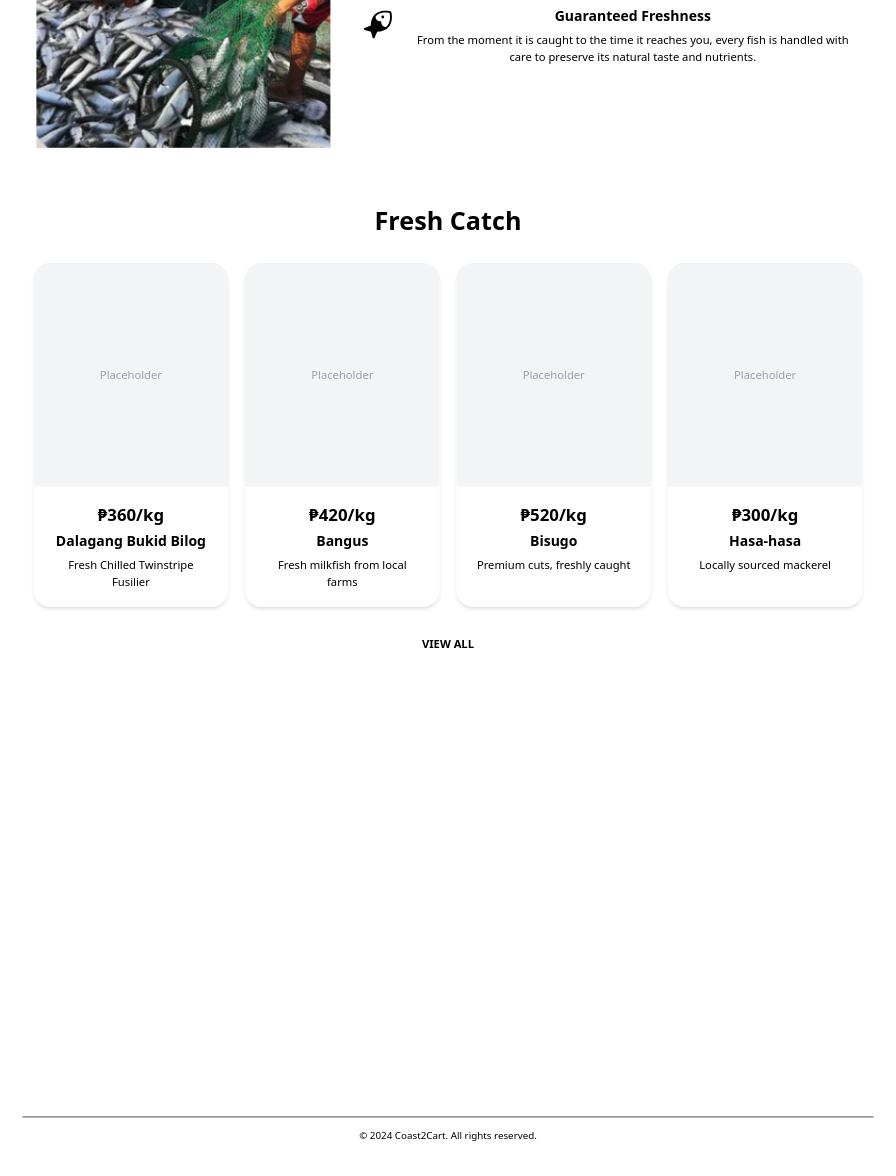
Repository: Coast2Card/coast2cart-frontend
Page: /
These files come from the project's save history. The page is drawn as it stood at one moment and after the next save; the edit follows.
The browser window is 1280 px wide. The pictures show the part of the page from y = 1833 to 3753 px (the page is 3513 px tall before and 3753 px after), at 70% of full size.
The project was rebuilt for these pictures with package versions that can differ from the ones it lists, and the page was loaded fresh each time. Also part of the build but not shown: vite.config.js, src/pages/Seafood.jsx, src/pages/Souvenirs.jsx, src/pages/About.jsx, src/pages/Cart.jsx, src/pages/Profile.jsx, src/pages/Colors.jsx.

Above is the page before, as saved 2025-09-08 14:12:49.

After the next save:
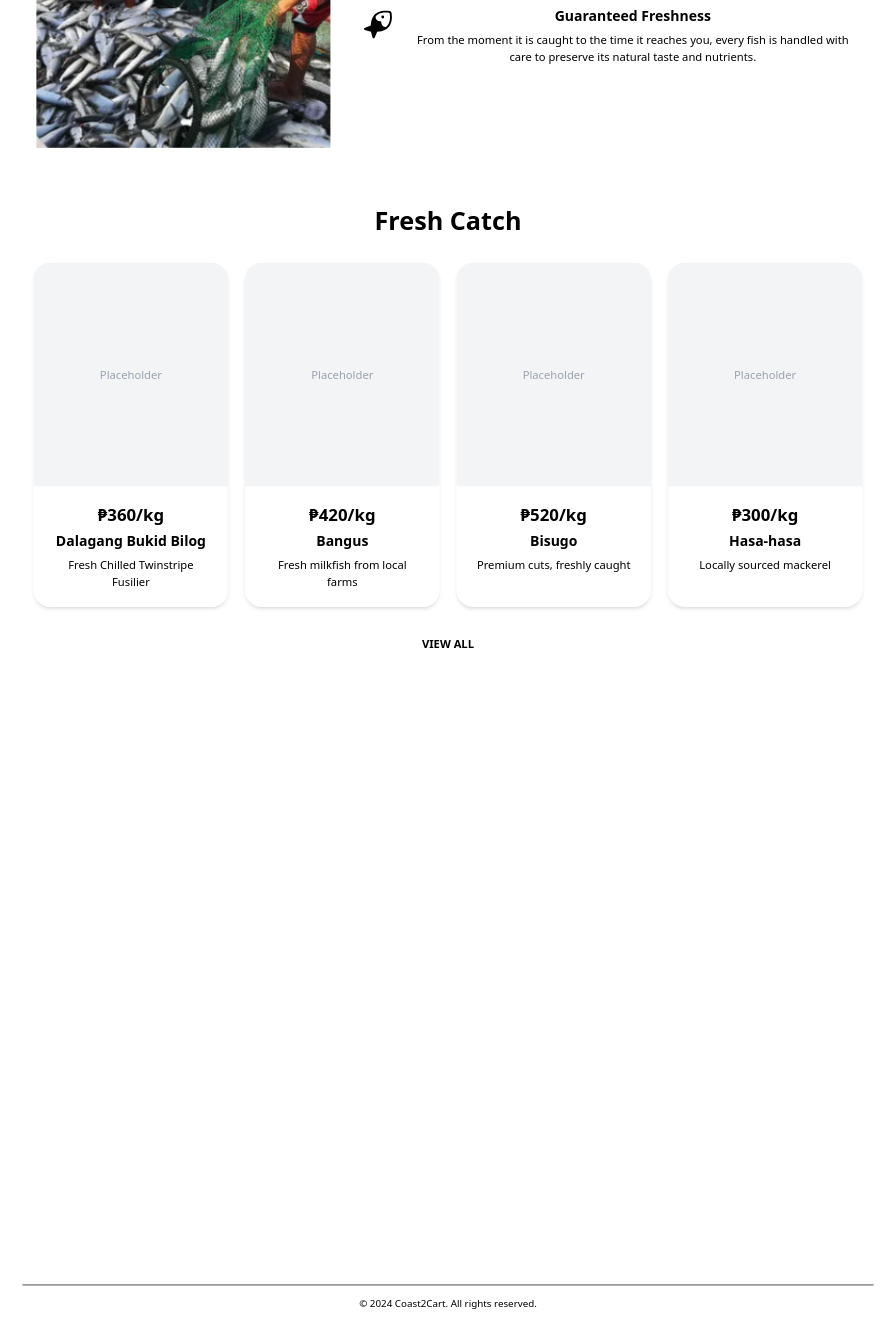
Saved 5 s later.
--- a/src/pages/Home.jsx
+++ b/src/pages/Home.jsx
@@ -73,7 +73,7 @@ const Home = () => {
         <HomeGallery />
         <HomeFreshCatch />
       </section>
-      <section className="flex bg-primary h-100 mx-auto w-full mb-40">
+      <section className="flex bg-primary h-100 mx-auto w-full mb-100">
         <div className="min-w-100 max-w-150"></div>
         <div className="flex-1"></div>
       </section>
